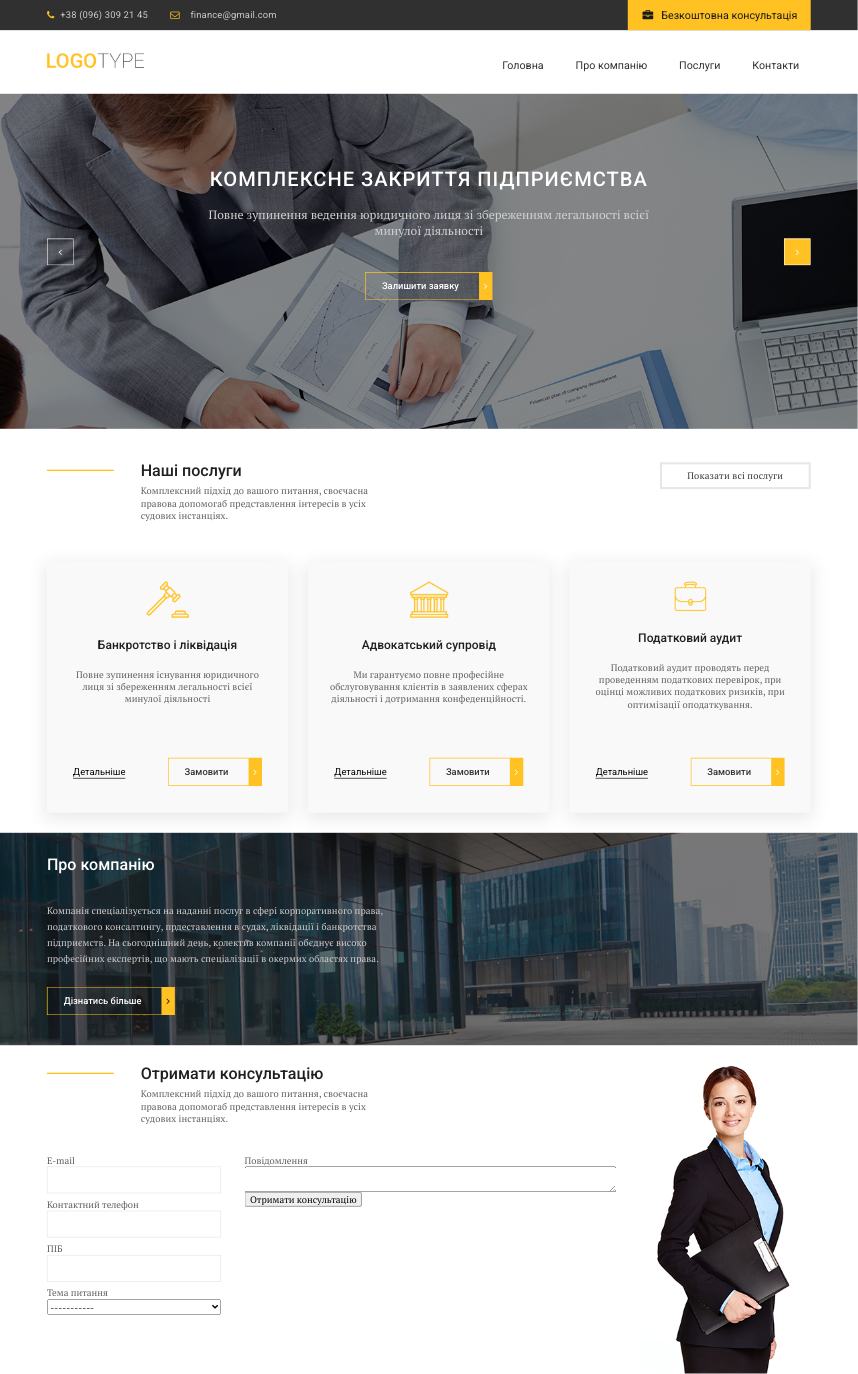
Repository: oliachipko/companysait
Page: index.html
These files come from the project's save history. The page is drawn as it stood at one moment and after the next save; the edit follows.
The browser window is 1280 px wide. The pictures show the whole page, at 67% of full size.

Above is the page before, as saved 2020-11-20 04:11:12.

After the next save:
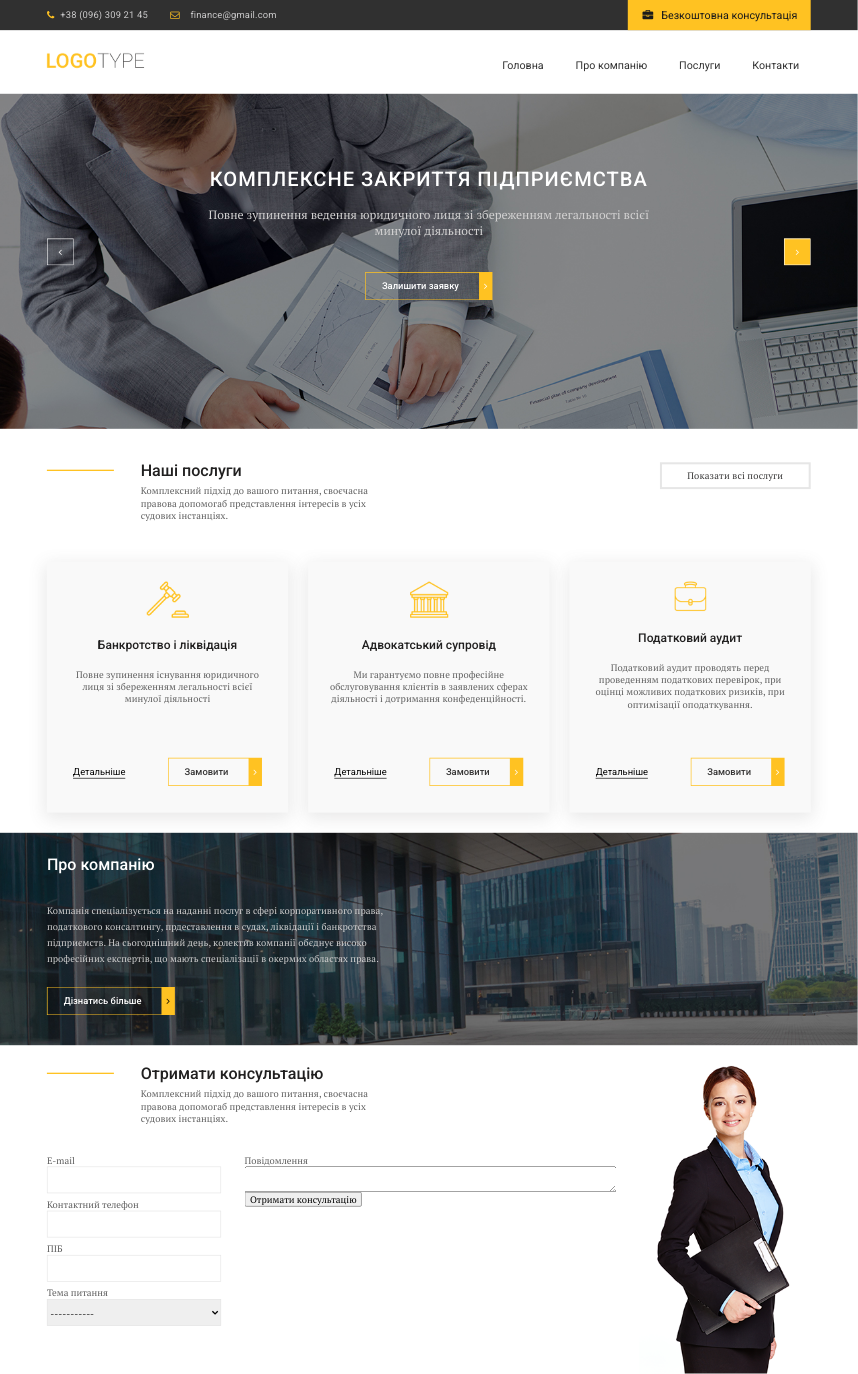
Saved 37 s later.
--- a/css/style.css
+++ b/css/style.css
@@ -368,5 +368,8 @@ header {
     border: 1px solid #e6e6e6;
 }
 .form__box-inner select{
-
-}
+    outline: none;
+    height: 40px;
+    border: 1px solid #e6e6e6;
+
+}
